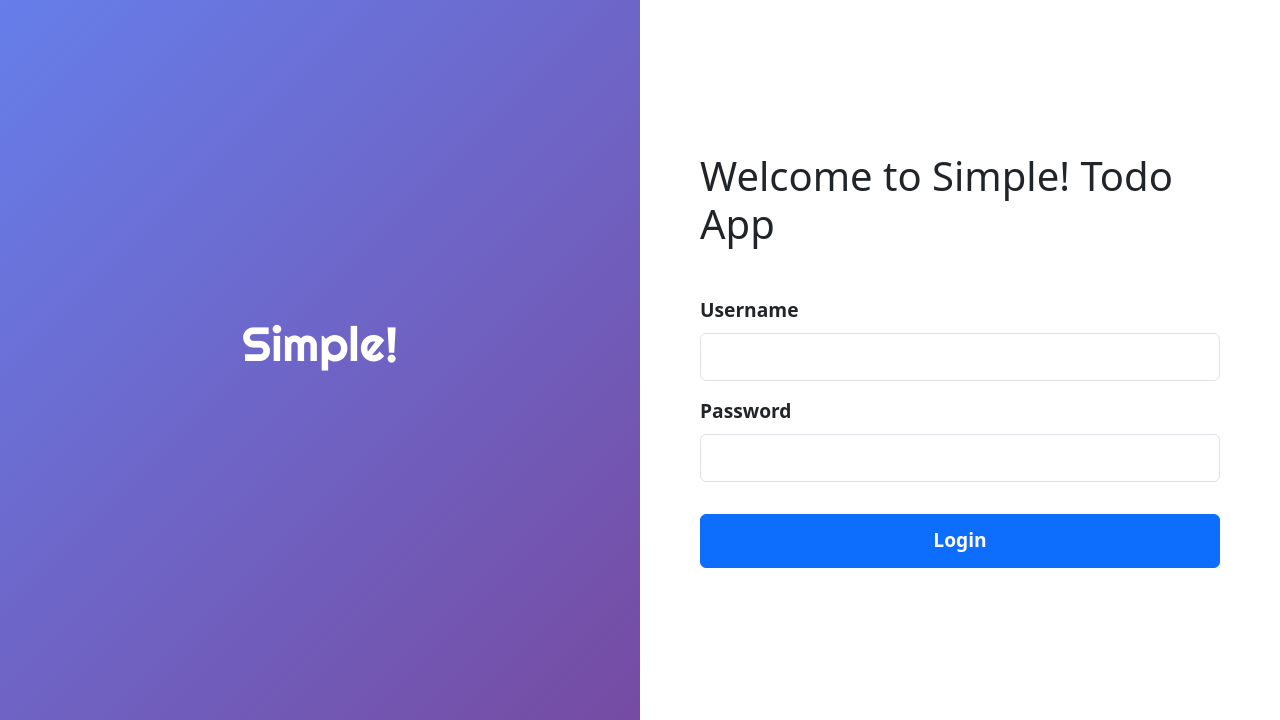
Repository: oboioz/SimpleTodoApp
Page: / (app in SimpleTodoAppFrontEnd/todo-app/)
An editor plug-in stored every save of this project. The page is shown before and after the next save, followed by the edit.
The browser window is 1280 px wide. The pictures show the whole page.
The project was rebuilt for these pictures with package versions that can differ from the ones it lists, and the page was loaded fresh each time. Also part of the build but not shown: SimpleTodoAppFrontEnd/todo-app/src/components/todo/Welcome/WelcomeComponent.jsx, SimpleTodoAppFrontEnd/todo-app/src/components/todo/error/ErrorComponent.jsx, SimpleTodoAppFrontEnd/todo-app/src/components/todo/footer/FooterComponent.jsx, SimpleTodoAppFrontEnd/todo-app/src/components/todo/header/HeaderComponent.jsx, SimpleTodoAppFrontEnd/todo-app/src/components/todo/list-todo/ListTodoComponent.jsx, SimpleTodoAppFrontEnd/todo-app/src/components/todo/logout/LogOutComponent.jsx.

Above is the page before, as saved 2024-04-06 16:02:10.

After the next save:
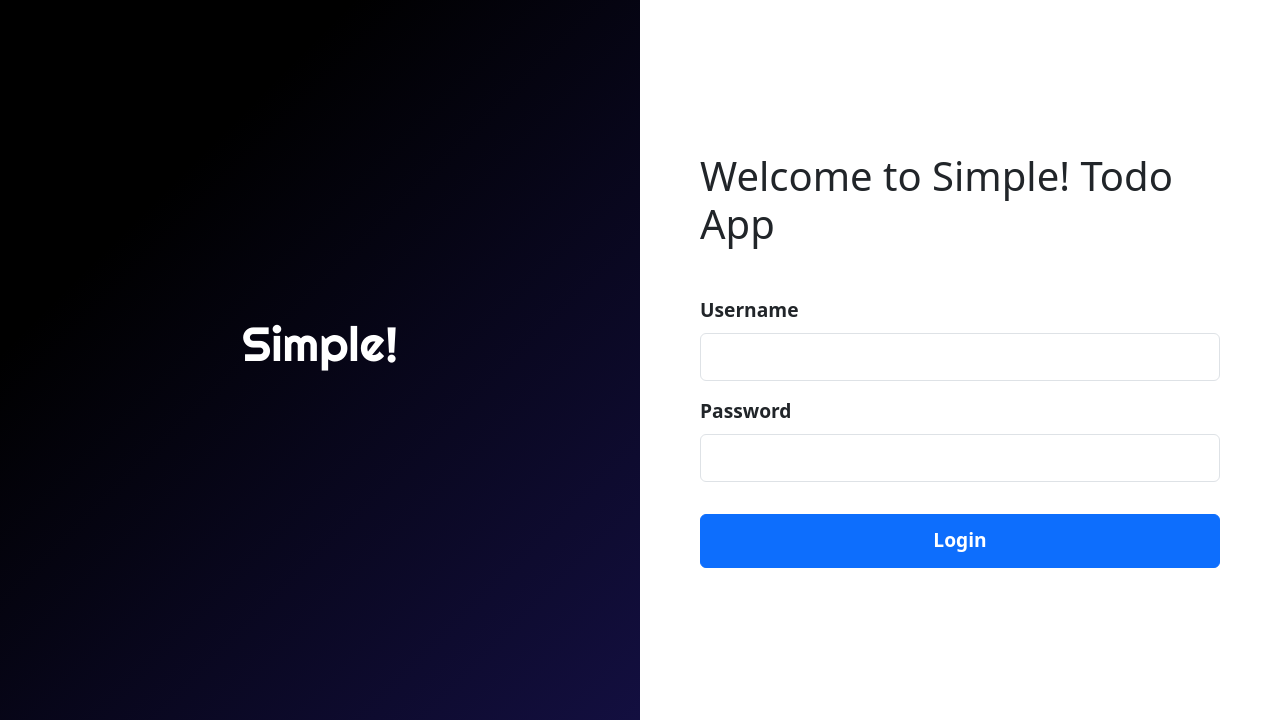
Saved 4 min 21 s later.
--- a/SimpleTodoAppFrontEnd/todo-app/src/components/todo/Login/LoginStyle.css
+++ b/SimpleTodoAppFrontEnd/todo-app/src/components/todo/Login/LoginStyle.css
@@ -23,7 +23,7 @@
 }
 
 .gradient-background {
-    background: linear-gradient(135deg, #667eea 0%, #764ba2 100%);
+    background: linear-gradient(315deg, #130f40 0%, #000000 74%);
     height: 100%;
     display: flex;
     align-items: center;
